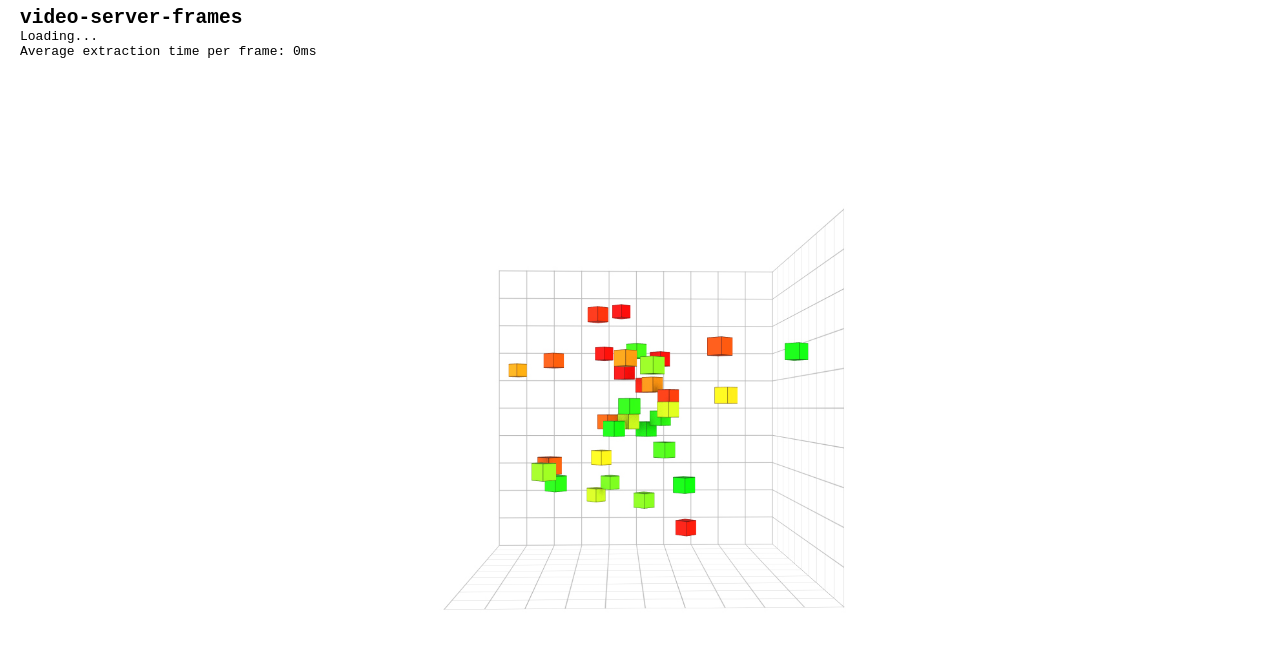
Repository: ceeskaan/ceeskaan.github.io
Page: index.html
These files come from the project's save history. The page is drawn as it stood at one moment and after the next save; the edit follows.
The browser window is 1280 px wide. The pictures show the window.
A layer covers the whole window, so only the first screen is drawn. Some web libraries are served in a nearby version.

Above is the page before, as saved 2022-02-09 20:52:14.
Console error (its wording comes from the project's code and is left out).

After the next save:
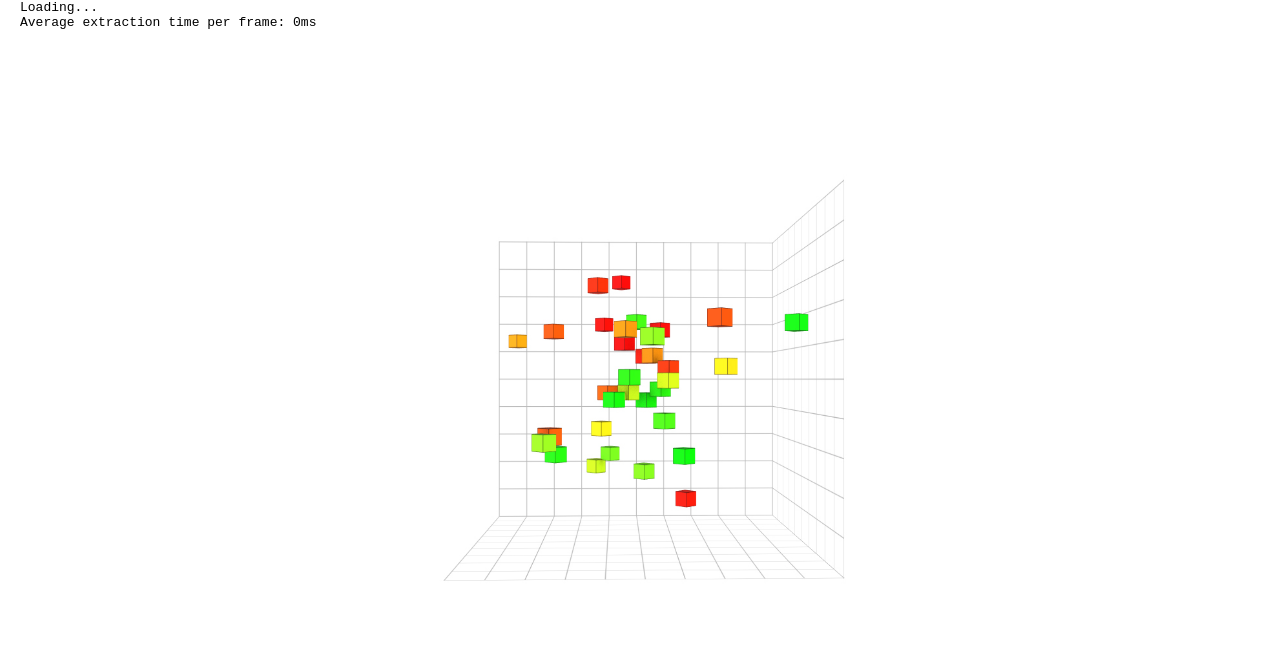
Saved 25 s later.
--- a/index.html
+++ b/index.html
@@ -12,9 +12,6 @@
         type = "image/x-icon">
     </head>
     <body>
-        <h2>
-            <code>video-server-frames</code>
-        </h2>
         <section>
             <pre id="comments"></pre>
         </section>
